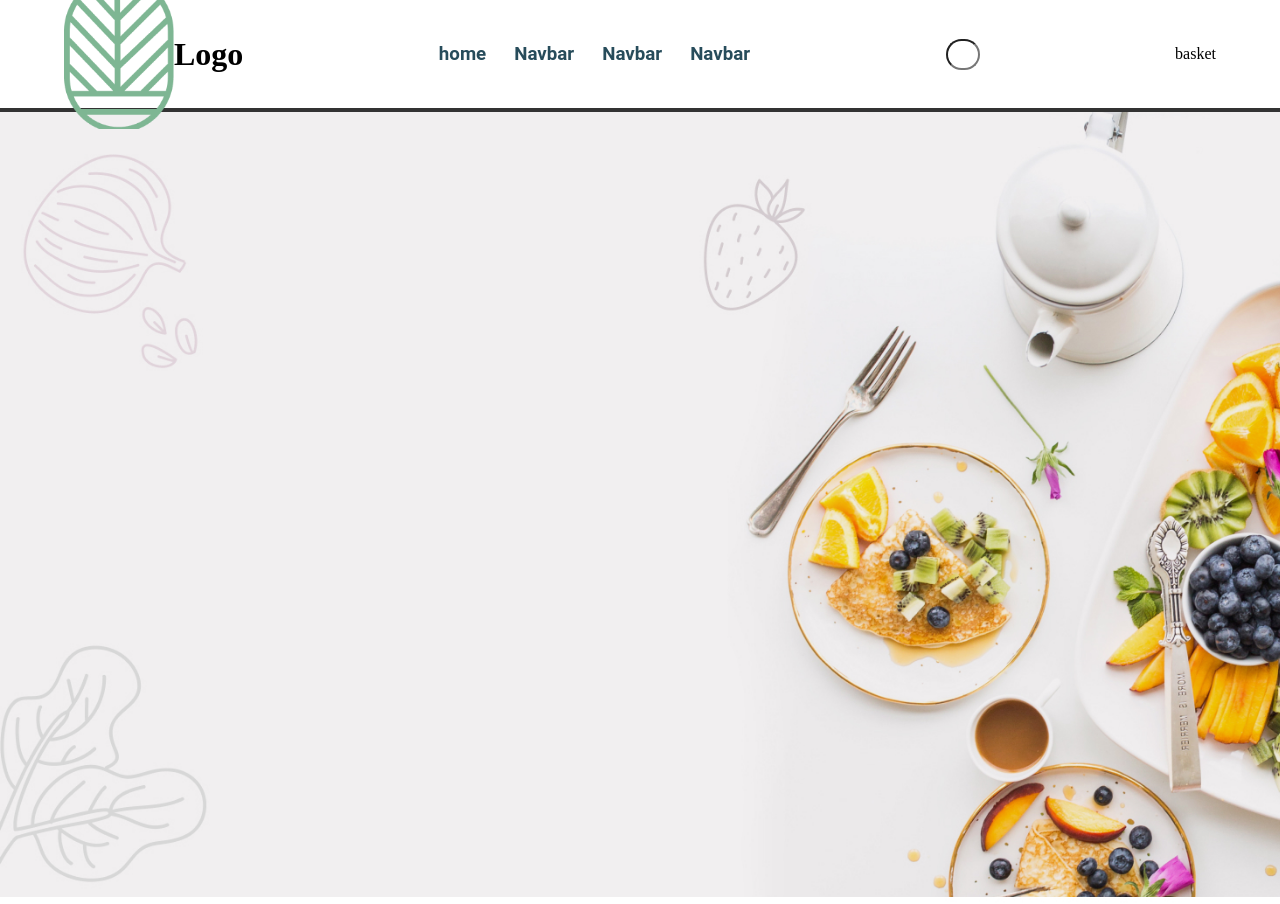
Repository: Islam432/Islam-and-Arsi---team
Page: /
The author's editor kept a copy of each file at every save. The page is drawn from the files as they stood at one save, then again after the next save.
The browser window is 1280 px wide. The pictures show the whole page.
The project was rebuilt for these pictures with package versions that can differ from the ones it lists, and the page was loaded fresh each time. Also part of the build but not shown: vite.config.js, src/App.css, src/components/Comp/Comp.jsx.

Above is the page before, as saved 2023-03-12 00:08:20.

### src/main.jsx
import React from "react";
import ReactDOM from "react-dom/client";
import App from "./App";
import "./index.css";
import { BrowserRouter } from "react-router-dom";


ReactDOM.createRoot(document.getElementById("root")).render(
  <React.StrictMode>

      <BrowserRouter>
        <App />
      </BrowserRouter>

  </React.StrictMode>
);

### src/App.jsx
import { useState } from "react";
import reactLogo from "./assets/react.svg";
import "./App.css";
import { Route, Routes } from "react-router-dom";
import { Layout } from "./components/Layout";
import { Home } from "./components/Home/Home";
import { Comp } from "./components/Comp/Comp";

function App() {
  return (

    <Layout>  <Routes>
    <Route path="/" element = {<Home/>}/>
    <Route path="/comp" element= {<Comp/>} />
  </Routes></Layout>

  );
}

export default App;

### src/components/Layout/index.jsx
import React from 'react'
import { Navbar } from '../Navbar/Navbar'

export const Layout = ({children}) => {
  return (
  <>
 <Navbar/>
  <main>{children}</main>
  </>
  )
}

### src/components/Home/Home.jsx
import React from 'react'
import styles from './Home.module.css'


export const Home = () => {
  return (
    <div className={styles.cont}>
      <div className={styles.blok1}></div>
    </div>
  )
}

### src/components/Navbar/Navbar.jsx
import React from "react";
import { NavLink } from "react-router-dom";
import styles from "./Navbar.module.css";
import logo from './logologo.png'
export const Navbar = () => {
  return (
    <div className={styles.cont}>
      <form className={styles.allnav}>
      <div className={styles.logo}><img className={styles.logoimg} src={logo} alt="" /> <h1>Logo</h1></div>

        <div className={styles.navbar}>
          <NavLink to={'/'} className={styles.NavLink}>
            <h3>home</h3>
          </NavLink>
          <NavLink to={'/comp'} className={styles.NavLink}>
            <h3>Navbar</h3>
          </NavLink>
          <NavLink className={styles.NavLink}>
            <h3>Navbar</h3>
          </NavLink>
          <NavLink className={styles.NavLink}>
            <h3>Navbar</h3>
          </NavLink>

        </div>

        <div className={styles.inputblok}>
          <input type="text" placeholder="serch" />
        </div>

        <div>basket</div>
      </form>
    </div>
  );
};

### src/components/Home/Home.module.css
.cont{
    margin: 0;



}
.blok1{
    background-image: url('./Banner.jpg');
  width: 100%;
 object-fit: cover;
min-height: 110vh;

    background-size: cover;
}

### src/components/Navbar/Navbar.module.css
.cont {
    margin: 0;
  display: flex;
  align-items: center;
  justify-content: center;
  height: 15vh;
  background: #ffffff;
border-bottom: 4px solid #333;
}
.logo{
  display: flex;
  align-items: center;
}
.logoimg{
width: 110px;
height: 150px;
object-fit: cover;
background-size: cover;

}

.allnav {
  display: flex;
  align-items: center;
  justify-content: space-between;
  width: 90%;
  height: 10vh;

}
.navbar {
  display: flex;
  justify-content: space-around;
  align-items: center;
  gap: 28px;

  font-family: Roboto;
  font-style: Bold;
  font-size: 16px;
  color: #274C5B;

}
.NavLink{
    text-decoration: none;
    color: #274C5B;
}
input{
  font-size: 15px;
  outline: none;
  padding: 5px;
  transition: all 0.5s ease-in, box-shadow 0.6s ease-in;
 width: 20px;
 cursor: pointer;

 border-radius: 100px;
}
input::placeholder{
  opacity: 0;
  color: #0f2a5f;
  transition: 1.1s linear;
}

input:hover{
  transition: all 0.2s ease-in ;
  box-shadow: 0px 0px 5px blue;
}
input:focus::placeholder{
  opacity: 1;
  transition: 1.2s linear;

}
input:focus,

input:not(:placeholder-shown){
  padding: 10px 20px;
  border-radius: 1000px;

  width: 150px;
  transition:  all 0.8s ease-out;
  box-shadow: 0px 0px 20px rgb(151, 248, 255);
}

Loaded but not shown: index.html (common file); src/index.css (common file)

After the next save:
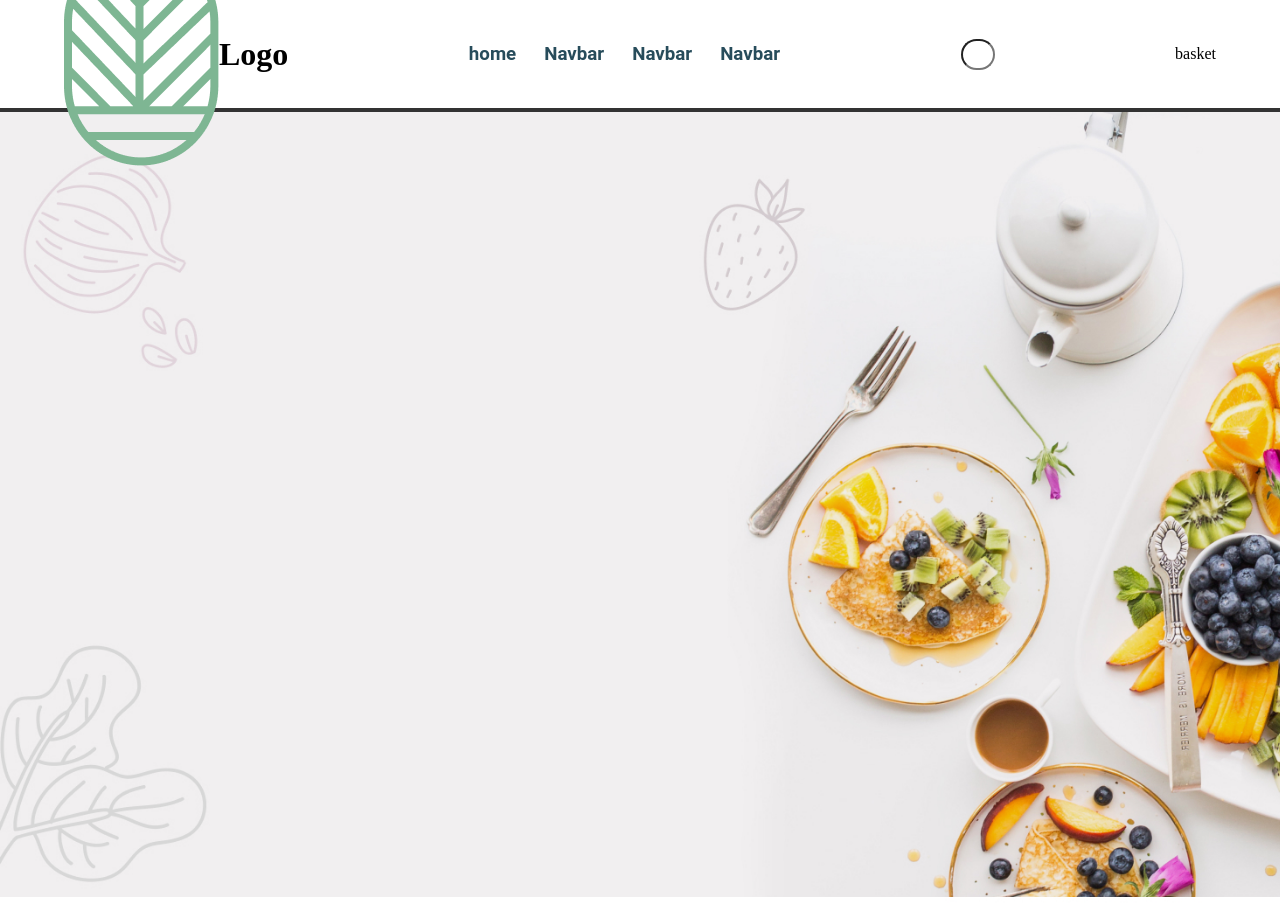
Saved 11 s later.
--- a/src/components/Navbar/Navbar.module.css
+++ b/src/components/Navbar/Navbar.module.css
@@ -12,8 +12,7 @@ border-bottom: 4px solid #333;
   align-items: center;
 }
 .logoimg{
-width: 110px;
-height: 150px;
+
 object-fit: cover;
 background-size: cover;
 
